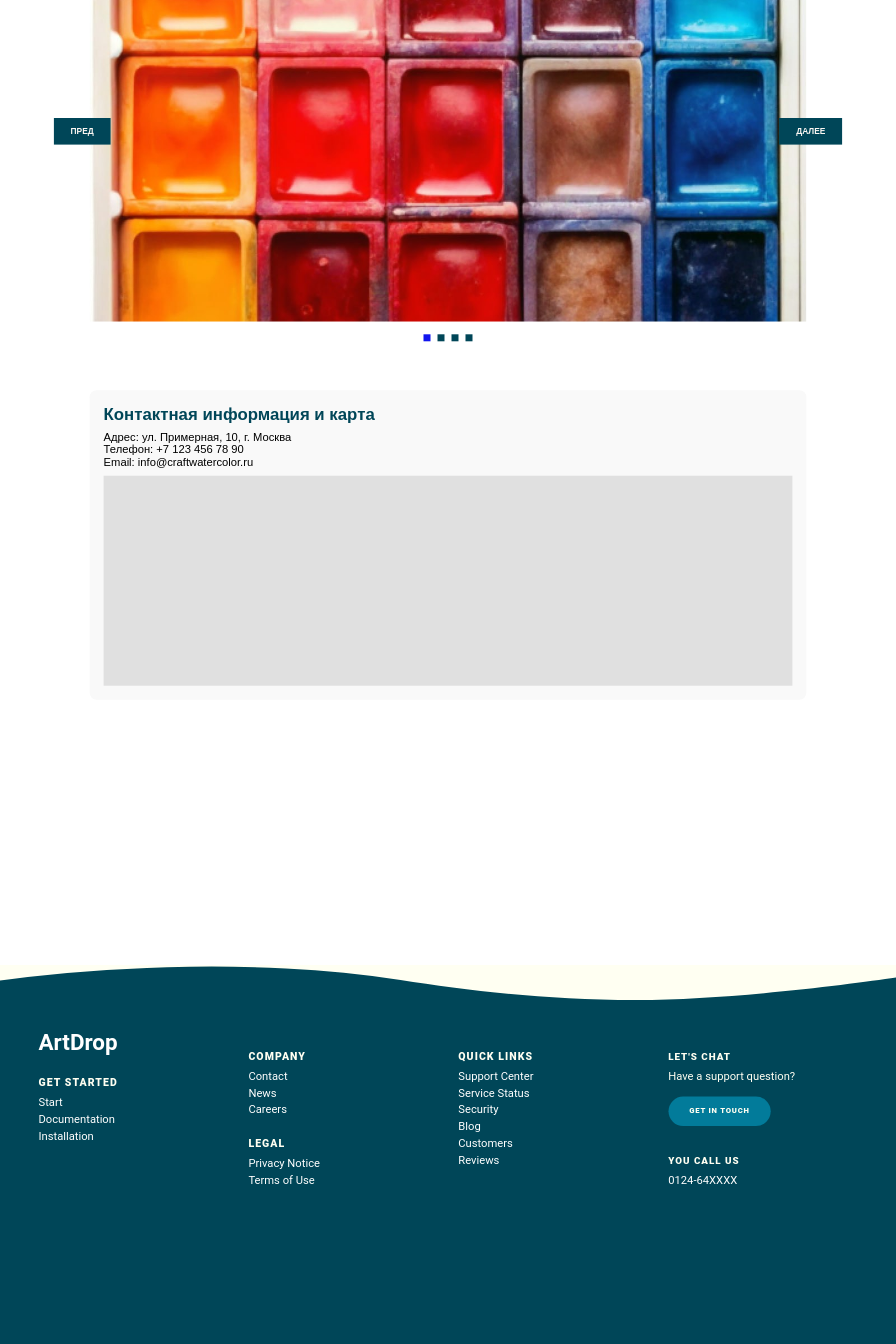
Repository: mnats725/art-drop
Page: index.html
These files come from the project's save history. The page is drawn as it stood at one moment and after a run of saves; the edit follows.
The browser window is 1280 px wide. The pictures show the part of the page from y = 671 to 2591 px (the page is 2591 px tall before and 2511 px after), at 70% of full size.

Above is the page before, as saved 2024-05-21 00:31:30.

### index.html
<!DOCTYPE html>
<html lang="en">
<head>
    <meta charset="UTF-8">
    <meta http-equiv="X-UA-Compatible" content="IE=edge">
    <meta name="viewport" content="width=device-width, initial-scale=1.0">
    <title>ArtDrop</title>
    <link rel="stylesheet" href="./css/style.css">
    <link rel="stylesheet" href="./css/content.css">

</head>
<body>
    <div class="wrapper">
        <header class="header">
            <!-- Шапка -->
            <div class="logo">
                <a href="index.html">
                    <img src="./assets/img/logo.svg" alt="ArtDrop Logo">
                    <span>ArtDrop</span>
                </a>
            </div>
            <!-- Меню сайта -->
            <nav class="nav">
                <ul>
                    <li class="active">Главная</li>
                    <li>Каталог товаров</li>
                    <li>Блог</li>
                    <li>Контакты</li>
                    <li>Корзина</li>
                </ul>
            </nav>
            <!-- Иконка бургерменю -->
            <div class="burger">
                <span></span>
            </div>
        </header>
    </div>

    <div class="content">
        <h1 class="content-title">Главная</h1>
        <section class="store-info">
          <h2>О Магазине</h2>
          <p>Добро пожаловать в наш магазин крафтовой акварели! Мы гордимся тем, что предлагаем высококачественные, ручной работы акварельные краски, которые подойдут как для профессионалов, так и для любителей живописи. Наш ассортимент включает в себя широкий спектр цветов, каждый из которых изготавливается с особым вниманием к деталям и качеству.</p>
          <p>Наши акварельные краски изготавливаются из лучших натуральных пигментов и связующих веществ, что обеспечивает яркость и долговечность цветов. Мы используем только экологически чистые материалы, чтобы гарантировать безопасность как для художников, так и для окружающей среды.</p>
          <p>Почему выбирают нас?</p>
          <ul>
              <li>Индивидуальный подход к каждому клиенту</li>
              <li>Широкий ассортимент уникальных цветов</li>
              <li>Гарантия высокого качества и безопасности продукции</li>
              <li>Доступные цены и акции для постоянных клиентов</li>
          </ul>
          <p>Посетите наш магазин и погрузитесь в мир крафтовой акварели. Откройте для себя новые возможности творчества и дайте волю своему вдохновению вместе с нашими красками.</p>
       </section>
        <main class="carousel-container">
            <div class="carousel">
              <div class="item active">
                <img src="./assets/img/colores/photo_1_2024-05-20_20-57-42.jpg" alt="Image 1" />
              </div>
              <div class="item">
                <img src="./assets//img/colores/photo_2_2024-05-20_20-57-42.jpg" alt="Image 2" />
              </div>
              <div class="item">
                <img src="./assets/img/colores/photo_3_2024-05-20_20-57-42.jpg" alt="Image 3" />
              </div>
              <div class="item">
                <img src="./assets/img/colores/photo_4_2024-05-20_20-57-42.jpg" alt="Image 4" />
              </div>
            </div>
            <button class="btn prev">Пред</button>
            <button class="btn next">Далее</button>
            <br>
            <div class="dots"></div>
          </main>

          <section class="contact-info">
            <h2>Контактная информация и карта</h2>
            <p>Адрес: ул. Примерная, 10, г. Москва</p>
            <p>Телефон: +7 123 456 78 90</p>
            <p>Email: info@craftwatercolor.ru</p>
            <div id="map"></div>
        </section>
    </div>

    <div class="pg-footer">
        <footer class="footer">
          <svg class="footer-wave-svg" xmlns="http://www.w3.org/2000/svg" viewBox="0 0 1200 100" preserveAspectRatio="none">
            <path class="footer-wave-path" d="M851.8,100c125,0,288.3-45,348.2-64V0H0v44c3.7-1,7.3-1.9,11-2.9C80.7,22,151.7,10.8,223.5,6.3C276.7,2.9,330,4,383,9.8 c52.2,5.7,103.3,16.2,153.4,32.8C623.9,71.3,726.8,100,851.8,100z"></path>
          </svg>
          <div class="footer-content">
            <div class="footer-content-column">
              <div class="footer-logo">
                <a class="footer-logo-link" href="#">
                  <span class="hidden-link-text">ArtDrop</span>
                  <h1>ArtDrop</h1>
                </a>
              </div>
              <div class="footer-menu">
                <h2 class="footer-menu-name"> Get Started</h2>
                <ul id="menu-get-started" class="footer-menu-list">
                  <li class="menu-item menu-item-type-post_type menu-item-object-product">
                    <a href="#">Start</a>
                  </li>
                  <li class="menu-item menu-item-type-post_type menu-item-object-product">
                    <a href="#">Documentation</a>
                  </li>
                  <li class="menu-item menu-item-type-post_type menu-item-object-product">
                    <a href="#">Installation</a>
                  </li>
                </ul>
              </div>
            </div>
            <div class="footer-content-column">
              <div class="footer-menu">
                <h2 class="footer-menu-name"> Company</h2>
                <ul id="menu-company" class="footer-menu-list">
                  <li class="menu-item menu-item-type-post_type menu-item-object-page">
                    <a href="#">Contact</a>
                  </li>
                  <li class="menu-item menu-item-type-taxonomy menu-item-object-category">
                    <a href="#">News</a>
                  </li>
                  <li class="menu-item menu-item-type-post_type menu-item-object-page">
                    <a href="#">Careers</a>
                  </li>
                </ul>
              </div>
              <div class="footer-menu">
                <h2 class="footer-menu-name"> Legal</h2>
                <ul id="menu-legal" class="footer-menu-list">
                  <li class="menu-item menu-item-type-post_type menu-item-object-page menu-item-privacy-policy menu-item-170434">
                    <a href="#">Privacy Notice</a>
                  </li>
                  <li class="menu-item menu-item-type-post_type menu-item-object-page">
                    <a href="#">Terms of Use</a>
                  </li>
                </ul>
              </div>
            </div>
            <div class="footer-content-column">
              <div class="footer-menu">
                <h2 class="footer-menu-name"> Quick Links</h2>
                <ul id="menu-quick-links" class="footer-menu-list">
                  <li class="menu-item menu-item-type-custom menu-item-object-custom">
                    <a target="_blank" rel="noopener noreferrer" href="#">Support Center</a>
                  </li>
                  <li class="menu-item menu-item-type-custom menu-item-object-custom">
                    <a target="_blank" rel="noopener noreferrer" href="#">Service Status</a>
                  </li>
                  <li class="menu-item menu-item-type-post_type menu-item-object-page">
                    <a href="#">Security</a>
                  </li>
                  <li class="menu-item menu-item-type-post_type menu-item-object-page">
                    <a href="#">Blog</a>
                  </li>
                  <li class="menu-item menu-item-type-post_type_archive menu-item-object-customer">
                    <a href="#">Customers</a></li>
                  <li class="menu-item menu-item-type-post_type menu-item-object-page">
                    <a href="#">Reviews</a>
                  </li>
                </ul>
              </div>
            </div>
            <div class="footer-content-column">
              <div class="footer-call-to-action">
                <h2 class="footer-call-to-action-title"> Let's Chat</h2>
                <p class="footer-call-to-action-description"> Have a support question?</p>
                <a class="footer-call-to-action-button button" href="#" target="_self"> Get in Touch </a>
              </div>
              <div class="footer-call-to-action">
                <h2 class="footer-call-to-action-title"> You Call Us</h2>
                <p class="footer-call-to-action-link-wrapper"> <a class="footer-call-to-action-link" href="tel:0124-64XXXX" target="_self"> 0124-64XXXX </a></p>
              </div>
            </div>
        </footer>
      </div>
    <script>
        document.querySelector('.burger').addEventListener('click', function() {
            this.classList.toggle('active');
            document.querySelector('.nav').classList.toggle('open');
        })
        document.addEventListener("DOMContentLoaded", function () {
  let carousel = document.querySelector(".carousel");
  let items = carousel.querySelectorAll(".item");
  let dotsContainer = document.querySelector(".dots");

  // Insert dots into the DOM
  items.forEach((_, index) => {
    let dot = document.createElement("span");
    dot.classList.add("dot");
    if (index === 0) dot.classList.add("active");
    dot.dataset.index = index;
    dotsContainer.appendChild(dot);
  });

  let dots = document.querySelectorAll(".dot");

  // Function to show a specific item
  function showItem(index) {
    items.forEach((item, idx) => {
      item.classList.remove("active");
      dots[idx].classList.remove("active");
      if (idx === index) {
        item.classList.add("active");
        dots[idx].classList.add("active");
      }
    });
  }

  // Event listeners for buttons
  document.querySelector(".prev").addEventListener("click", () => {
    let index = [...items].findIndex((item) =>
      item.classList.contains("active")
    );
    showItem((index - 1 + items.length) % items.length);
  });

  document.querySelector(".next").addEventListener("click", () => {
    let index = [...items].findIndex((item) =>
      item.classList.contains("active")
    );
    showItem((index + 1) % items.length);
  });

  // Event listeners for dots
  dots.forEach((dot) => {
    dot.addEventListener("click", () => {
      let index = parseInt(dot.dataset.index);
      showItem(index);
    });
  });
});

    </script>
</body>
</html>

### css/style.css
html, body {
    height: 100%;
    width: 100%;
    margin: 0;
    padding: 0;
}

body {
    display: flex;
    flex-direction: column;
    font-family: Arial, "Helvetica Neue", Helvetica, sans-serif;

}

*{
    padding: 0;
    margin: 0;
    box-sizing: border-box;
}

.wrapper{
    flex-grow: 1;
}

.open{
    display: flex !important;
}

.header {
    display: flex;
    align-items: center;
    justify-content: space-between;
    min-height: 60px;
    background-color: #004658;
    color: #FAF6F2;
    padding: 0 40px;
}

.logo a {
    display: flex;
    align-items: center;
    text-decoration: none; /* Убираем подчеркивание ссылки */
    color: inherit; /* Наследуем цвет текста от родительского элемента */
}

.logo img {
    width: 40px; /* Укажите желаемую ширину для логотипа */
    height: auto;
    margin-right: 10px; /* Добавим небольшое расстояние между логотипом и текстом */
}

.nav {
    display: flex;
    width: 600px;
    padding: 0 40px;
}

.nav ul {
    width: 100%;
    list-style: none;
    display: flex;
    justify-content: space-between;
}

.nav ul li {
    position: relative; /* Добавим позиционирование для создания эффекта */
    cursor: pointer; /* Указатель при наведении для обозначения активного элемента */
    transition: color 0.3s ease; /* Анимация при наведении */
}

.nav ul li::after {
    content: '';
    position: absolute;
    bottom: -5px;
    left: 0;
    width: 0; /* Начальное значение нулевой ширины */
    height: 2px;
    background-color: #2271B3; /* Цвет линии */
    transition: width 0.3s ease; /* Анимация изменения ширины */
}

.nav ul li:hover::after {
    width: 100%; /* Увеличиваем ширину линии при наведении */
}

.nav ul li:hover,
.nav ul li.active { /* Изменение цвета текста при наведении и активном состоянии */
    color: #2271B3; /* Цвет текста при наведении и активном состоянии */
}

.nav ul li.active::after {
    content: '';
    position: absolute;
    bottom: -5px;
    left: 0;
    width: 100%;
    height: 2px;
    background-color: #2271B3; /* Цвет подчеркивания активного элемента */
}

* {
    margin: 0;
    padding: 0;
  }
  a {
    color: #fff;
    text-decoration: none;
  }
  .pg-footer {
    font-family: 'Roboto', sans-serif;
  }


  .footer {
    margin-top: 300px;
      background-color: #004658;
      color: #fff;

  }
  .footer-wave-svg {
      background-color: transparent;
      display: block;
      height: 30px;
      position: relative;
      top: -1px;
      width: 100%;
  }
  .footer-wave-path {
      fill: #fffff2;
  }

  .footer-content {
      margin-left: auto;
      margin-right: auto;
      max-width: 1230px;

      padding: 40px 15px 450px;
      position: relative;
  }

  .footer-content-column {
      box-sizing: border-box;
      float: left;
      padding-left: 15px;
      padding-right: 15px;
      width: 100%;
      color: #fff;
  }

  .footer-content-column ul li a {
    color: #fff;
    text-decoration: none;
  }

  .footer-logo-link {
      display: inline-block;
  }
  .footer-menu {
      margin-top: 30px;
  }

  .footer-menu-name {
      color: #fffff2;
      font-size: 15px;
      font-weight: 900;
      letter-spacing: .1em;
      line-height: 18px;
      margin-bottom: 0;
      margin-top: 0;
      text-transform: uppercase;
  }
  .footer-menu-list {
      list-style: none;
      margin-bottom: 0;
      margin-top: 10px;
      padding-left: 0;
  }
  .footer-menu-list li {
      margin-top: 5px;
  }

  .footer-call-to-action-description {
      color: #fffff2;
      margin-top: 10px;
      margin-bottom: 20px;
  }
  .footer-call-to-action-button:hover {
      background-color: #fffff2;
      color: #00bef0;
  }
  .button:last-of-type {
      margin-right: 0;
  }
  .footer-call-to-action-button {
      background-color: #027b9a;
      border-radius: 21px;
      color: #fffff2;
      display: inline-block;
      font-size: 11px;
      font-weight: 900;
      letter-spacing: .1em;
      line-height: 18px;
      padding: 12px 30px;
      margin: 0 10px 10px 0;
      text-decoration: none;
      text-transform: uppercase;
      transition: background-color .2s;
      cursor: pointer;
      position: relative;
  }
  .footer-call-to-action {
      margin-top: 30px;
  }
  .footer-call-to-action-title {
      color: #fffff2;
      font-size: 14px;
      font-weight: 900;
      letter-spacing: .1em;
      line-height: 18px;
      margin-bottom: 0;
      margin-top: 0;
      text-transform: uppercase;
  }
  .footer-call-to-action-link-wrapper {
      margin-bottom: 0;
      margin-top: 10px;
      color: #fff;
      text-decoration: none;
  }
  .footer-call-to-action-link-wrapper a {
      color: #fff;
      text-decoration: none;
  }





  .footer-social-links {
      bottom: 0;
      height: 54px;
      position: absolute;
      right: 0;
      width: 236px;
  }

  .footer-social-amoeba-svg {
      height: 54px;
      left: 0;
      display: block;
      position: absolute;
      top: 0;
      width: 236px;
  }

  .footer-social-amoeba-path {
      fill: #027b9a;
  }

  .footer-social-link.linkedin {
      height: 26px;
      left: 3px;
      top: 11px;
      width: 26px;
  }

  .footer-social-link {
      display: block;
      padding: 10px;
      position: absolute;
  }

  .hidden-link-text {
      position: absolute;
      clip: rect(1px 1px 1px 1px);
      clip: rect(1px,1px,1px,1px);
      -webkit-clip-path: inset(0px 0px 99.9% 99.9%);
      clip-path: inset(0px 0px 99.9% 99.9%);
      overflow: hidden;
      height: 1px;
      width: 1px;
      padding: 0;
      border: 0;
      top: 50%;
  }

  .footer-social-icon-svg {
      display: block;
  }

  .footer-social-icon-path {
      fill: #fffff2;
      transition: fill .2s;
  }

  .footer-social-link.twitter {
      height: 28px;
      left: 62px;
      top: 3px;
      width: 28px;
  }

  .footer-social-link.youtube {
      height: 24px;
      left: 123px;
      top: 12px;
      width: 24px;
  }

  .footer-social-link.github {
      height: 34px;
      left: 172px;
      top: 7px;
      width: 34px;
  }


  /* Media Query For different screens */
  @media (min-width:320px) and (max-width:479px)  { /* smartphones, portrait iPhone, portrait 480x320 phones (Android) */
    .footer-content {
      margin-left: auto;
      margin-right: auto;
      max-width: 1230px;
      padding: 40px 15px 1050px;
      position: relative;
    }
  }
  @media (min-width:480px) and (max-width:599px)  { /* smartphones, Android phones, landscape iPhone */
    .footer-content {
      margin-left: auto;
      margin-right: auto;
      max-width: 1230px;
      padding: 40px 15px 1050px;
      position: relative;
    }
  }
  @media (min-width:600px) and (max-width: 800px)  { /* portrait tablets, portrait iPad, e-readers (Nook/Kindle), landscape 800x480 phones (Android) */
    .footer-content {
      margin-left: auto;
      margin-right: auto;
      max-width: 1230px;
      padding: 40px 15px 1050px;
      position: relative;
    }
  }
  @media (min-width:801px)  { /* tablet, landscape iPad, lo-res laptops ands desktops */

  }
  @media (min-width:1025px) { /* big landscape tablets, laptops, and desktops */

  }
  @media (min-width:1281px) { /* hi-res laptops and desktops */

  }




  @media (min-width: 760px) {
    .footer-content {
        margin-left: auto;
        margin-right: auto;
        max-width: 1230px;
        padding: 40px 15px 450px;
        position: relative;
    }

    .footer-wave-svg {
        height: 50px;
    }

    .footer-content-column {
        width: 24.99%;
    }
  }
  @media (min-width: 568px) {
    /* .footer-content-column {
        width: 49.99%;
    } */
  }


.burger{
    display: none;
    position: relative;
    z-index: 50;
    align-items: center;
    justify-content: flex-end;
    width: 30px;
    height: 18px;
}

.burger span{
    height: 2px;
    width: 80%;
    transform: scale(1);
    background-color: #FAF6F2;
}

.burger::before, .burger::after{
    content: '';
    position: absolute;
    height: 2px;
    width: 100%;
    background-color: #FAF6F2;
    transition: all 0.3s ease 0s;
}

.burger::before { top: 0 }

.burger::after { bottom: 0 }


/* Добавляем класс active для анимации иконки бургера */
.burger.active span { transform: scale(0) }

.burger.active::before{
    top: 50%;
    transform: rotate(-45deg) translate(0, -50%);
}

.burger.active::after{
    bottom: 50%;
    transform: rotate(45deg) translate(0, 50%);
}


/* При разрешении экрана 900px и ниже, выводим на экран иконку бургера */
@media (max-width: 900px) {

    .burger { display: flex }

    .nav{
        display: none;
        flex-direction: column;
        position: fixed;
        height: 100%;
        width: 100%;
        top: 0; bottom: 0; left: 0; right: 0;
        z-index: 50;
        overflow-y: auto;
        padding: 50px 40px;
        background-color: #388ae7;
        animation: burgerAnimation 0.4s;
    }

    .nav ul{
        flex-direction: column;
        row-gap: 30px;
    }


}

@keyframes burgerAnimation {
    from {opacity: 0}
    to {opacity: 1}
}

### css/content.css
.content {
  padding-top: 80px;
  padding-bottom: 80px;
  margin: 0 auto;
}

.content-title {
  text-align: center;
}

.store-info {
  background-color: #f0f0f0;
  color: #004658;
  padding: 20px;
  border-radius: 10px;
  margin-bottom: 20px;
  margin-left: 10%;
  margin-right: 10%;
}

.store-info h2 {
  color: #004658;
  margin-bottom: 10px;
}

.store-info p,
.store-info ul {
  margin-bottom: 10px;
}

.store-info ul {
  padding-left: 20px;
}

.store-info ul li {
  list-style-type: disc;
}

.contact-info {
  background-color: #f9f9f9;
  padding: 20px;
  border-radius: 10px;
  margin-left: 10%;
  margin-right: 10%;
  margin-top: 70px;
}

.contact-info h2 {
  color: #004658;
  margin-bottom: 10px;
}

#map {
  margin-top: 10px;
  width: 100%;
  height: 300px;
  background-color: #e0e0e0;
}

.carousel-container {
  padding-top: 40px;
  width: 80%;
  height: 600px;
  margin: auto;
  position: relative;
  display: flex;
  flex-direction: column;
  gap: var(--lx-gap);

  .carousel {
    aspect-ratio: 16/9;
    width: 100%;
    position: relative;
    overflow: hidden;

    .item {
      opacity: 0;
      width: 100%;
      height: 100%;
      display: none;
      transition: opacity 0.5s ease-in-out;

      img {
        width: 100%;
        height: 100%;
        object-fit: cover;
        object-position: center;
      }

      .caption {
        width: 100%;
        padding: var(--lx-space-01);
        position: absolute;
        bottom: 0;
        text-transform: uppercase;
        text-align: center;
        font-size: 12px;
        background-color: rgba(0, 0, 0, 0.5);
      }

      &.active {
        opacity: 1;
        display: block;
      }
    }
  }

  .btn {
    padding: 1em 2em;
    position: absolute;
    transform: translateY(-50%);
    top: 50%;
    outline: none;
    border: none;
    cursor: pointer;
    text-transform: uppercase;
    font-size: 12px;
    font-weight: 900;
    color: #FAF6F2;
    background-color: #004658;
    transition: transform 0.2s ease-in-out;

    &:active,
    &:focus {
      transform: translateY(-50%) scale(0.9);
    }

    &:hover {
      transform: translateY(-50%) scale(0.96);
    }
  }

  .prev {
    left: -5%;
  }

  .next {
    right: -5%;
  }

  .dots {
    display: flex;
    align-items: center;
    justify-content: center;
    gap: 10px;

    .dot {
      cursor: pointer;
      height: 10px;
      width: 10px;
      background-color: #004658;
      transition: background-color 0.2s ease;

      &.active,
      &:hover {
        background-color: #1115ee;
      }
    }
  }
}

After the next 6 saves:
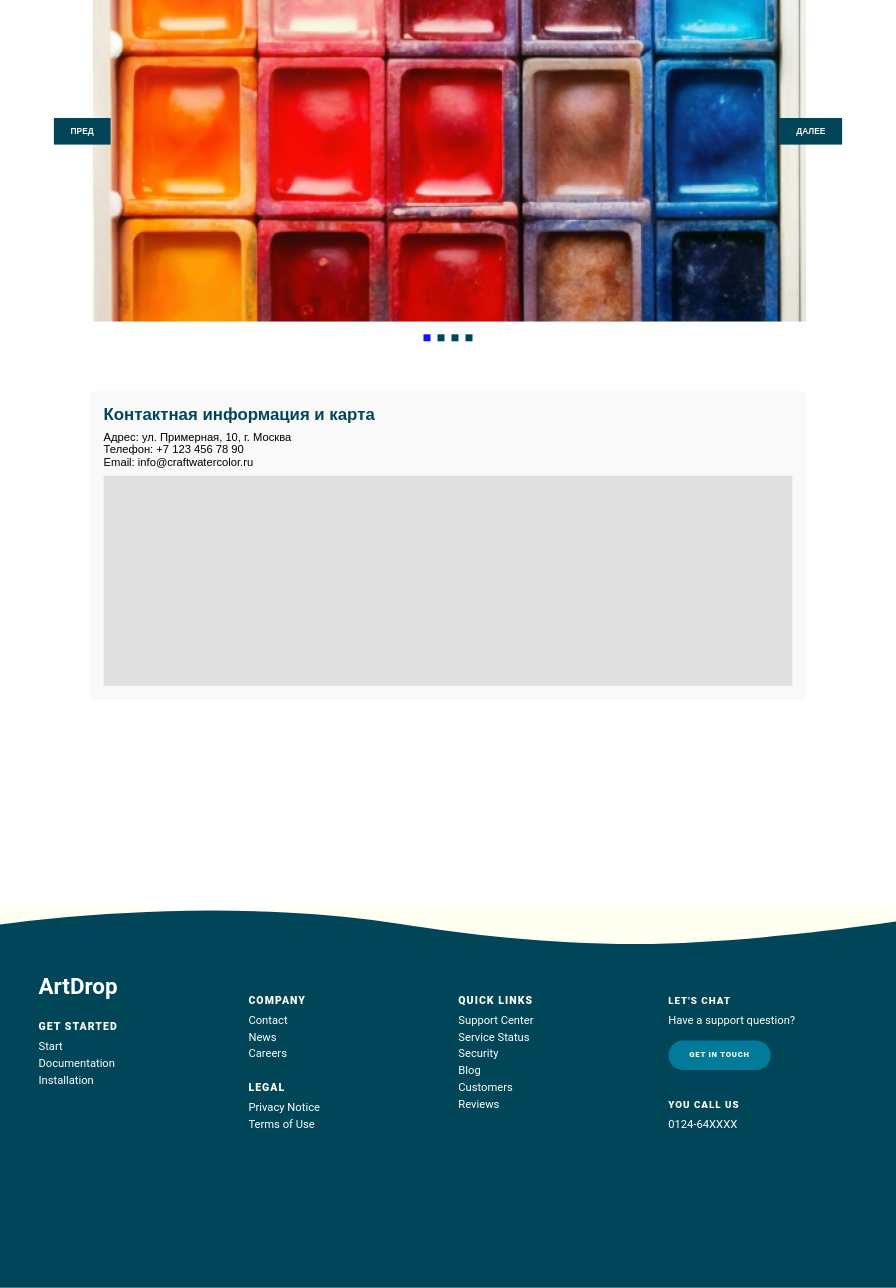
The 6 saves are shown as one change because they came seconds apart.
The last was saved 18 s later.
--- a/css/content.css
+++ b/css/content.css
@@ -1,6 +1,5 @@
 .content {
   padding-top: 80px;
-  padding-bottom: 80px;
   margin: 0 auto;
 }
 
